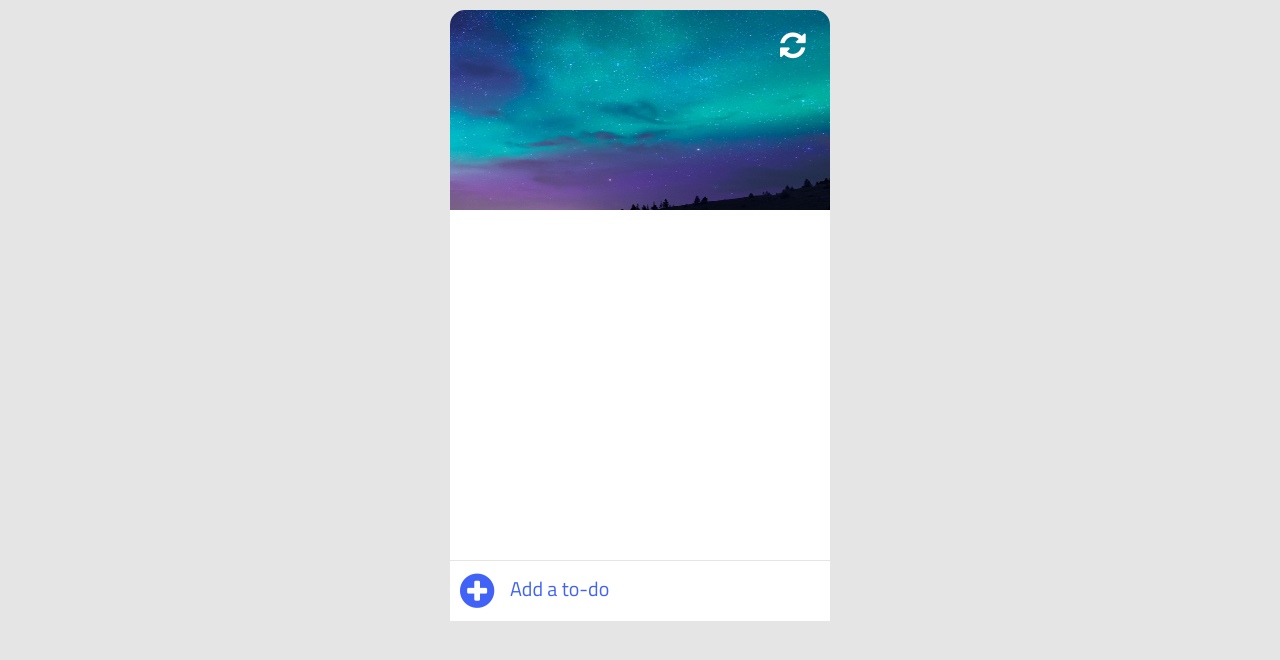
Repository: Khalidwebmail/to-do-list
Page: index.html
An editor plug-in stored every save of this project. The page is shown before and after the next save, followed by the edit.
The browser window is 1280 px wide. The pictures show the whole page.

Above is the page before, as saved 2020-01-21 20:23:31.
Console error: ReferenceError: Cannot access 'today' before initialization

After the next save:
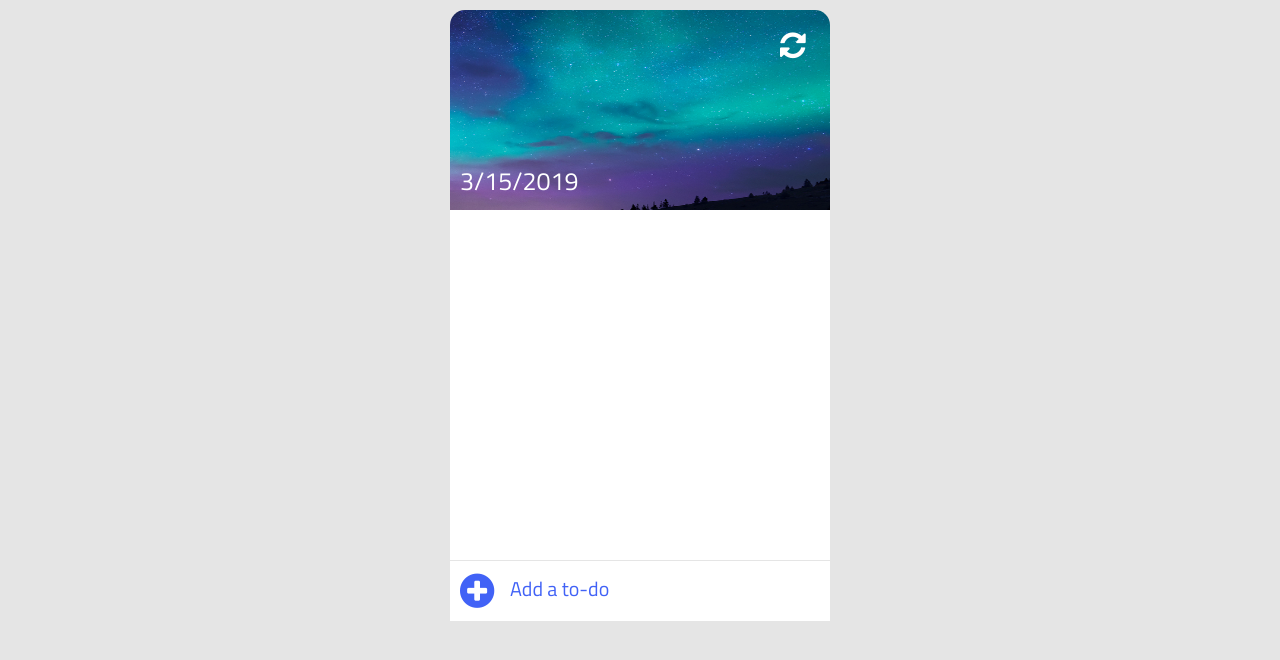
The error is gone.
Saved 32 s later.
--- a/js/app.js
+++ b/js/app.js
@@ -17,4 +17,5 @@
  /**
   * Show todays date
   */
- const today = dateElement.innerHTML = today;
+ const today = new Date();
+ dateElement.innerHTML = today.toLocaleDateString("en");
